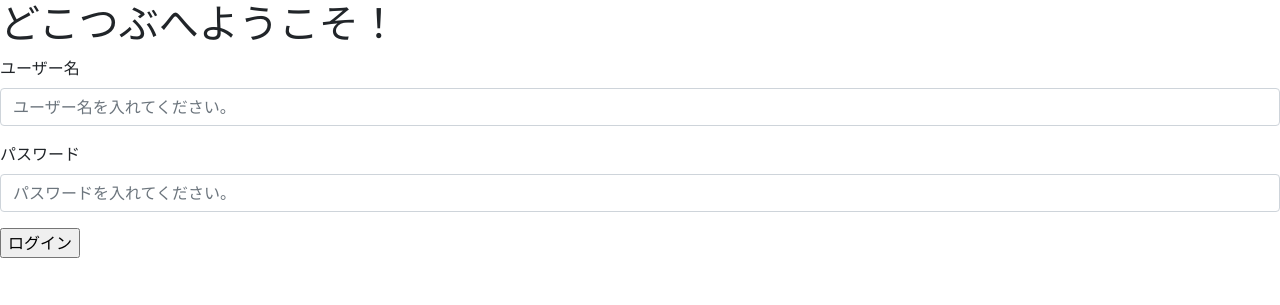
Repository: lunalice/01_START
Page: http://localhost/hello_world_now/
The author's editor kept a copy of each file at every save. The page is drawn from the files as they stood at one save, then again after the next save.
The browser window is 1280 px wide. The pictures show the whole page.
The page is served by Tomcat 9.

Above is the page before, as saved 2018-02-07 05:40:47.
Console error: TypeError: Cannot read properties of undefined (reading 'fn')

After the next save:
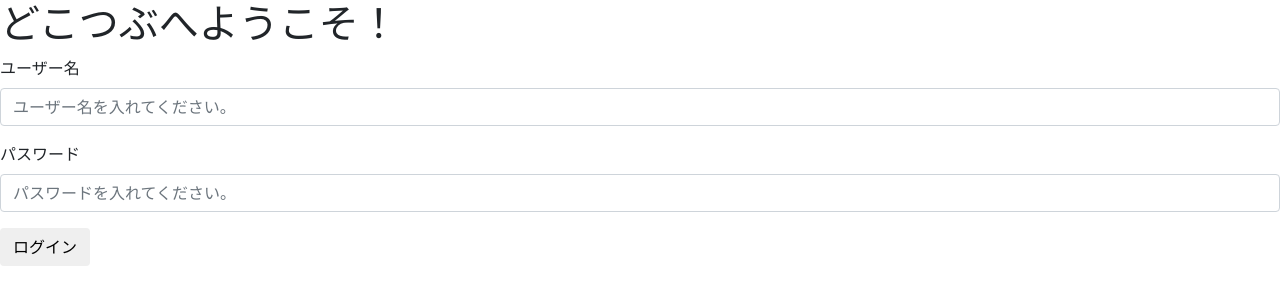
Saved 58 s later.
--- a/eclipse-workspace/hello_world_now/WebContent/index.jsp
+++ b/eclipse-workspace/hello_world_now/WebContent/index.jsp
@@ -25,7 +25,7 @@
 			<label for="InputEmail">パスワード</label>
 			<input type="text" class="form-control" name="pass" placeholder="パスワードを入れてください。">
 		</div>
-		<input type="submit" value="ログイン">
+		<input class="btn btn-default" type="submit" value="ログイン">
 	</form>
 </body>
 </html>
